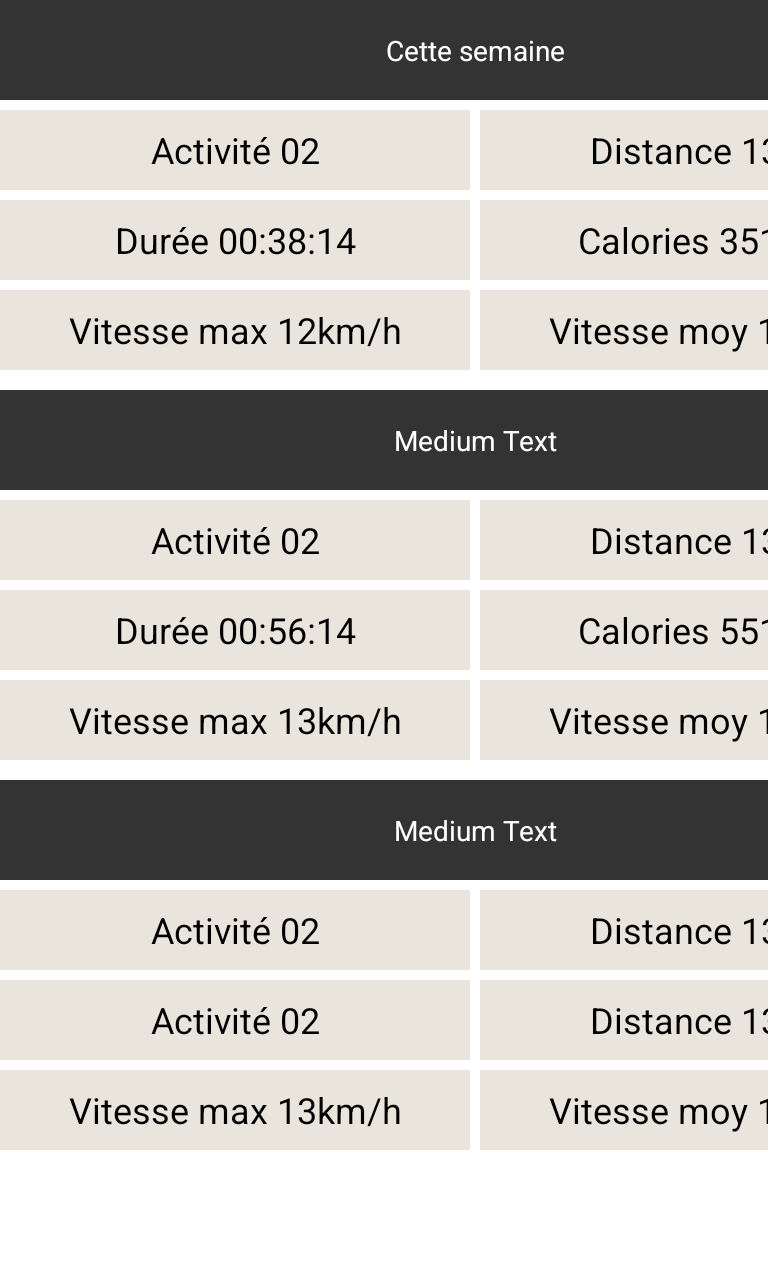
Repository: dekeym/Projet-IHM
Layout: WorkSpace/ChallengeMe/res/layout/fragment_stats.xml
These files come from the project's save history. The layout is drawn as it stood at one moment and after the next save; the edit follows.
It is drawn on a 768 x 1280 px phone screen (xhdpi) without system bars, with theme android:Theme.Holo.Light.DarkActionBar; the app's code is not run.

Above is the layout before, as saved 2014-12-18 14:46:28.

After the next save:
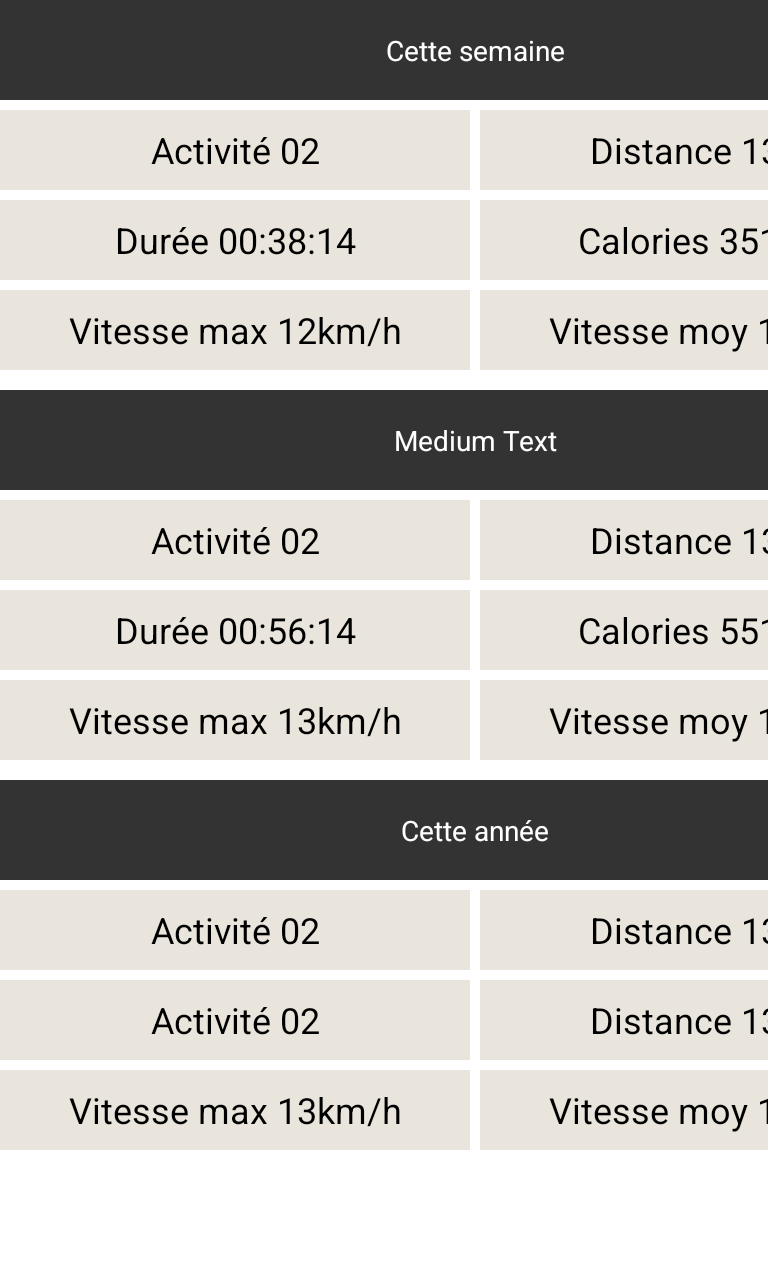
Saved 25 s later.
--- a/WorkSpace/ChallengeMe/res/layout/fragment_stats.xml
+++ b/WorkSpace/ChallengeMe/res/layout/fragment_stats.xml
@@ -371,21 +371,21 @@
                     android:layout_marginRight="10dp"
                     android:background="#333333"
                     android:gravity="center"
+                    android:text="Cette année"
+                    android:textAppearance="?android:attr/textAppearanceMedium"
+                    android:textColor="@android:color/white"
+                    android:textSize="14sp" />
+
+                <TextView
+                    android:id="@+id/statstextView30"
+                    android:layout_width="475dp"
+                    android:layout_height="50dp"
+                    android:background="#333333"
+                    android:gravity="center"
                     android:text="Medium Text"
                     android:textAppearance="?android:attr/textAppearanceMedium"
                     android:textColor="@android:color/white"
                     android:textSize="14sp" />
-
-                <TextView
-                    android:id="@+id/statstextView30"
-                    android:layout_width="475dp"
-                    android:layout_height="50dp"
-                    android:background="#333333"
-                    android:gravity="center"
-                    android:text="Medium Text"
-                    android:textAppearance="?android:attr/textAppearanceMedium"
-                    android:textColor="@android:color/white"
-                    android:textSize="14sp" />
             </LinearLayout>
 
             <LinearLayout
@@ -528,7 +528,7 @@
                     android:layout_marginTop="5dp"
                     android:background="#e9e5dc"
                     android:gravity="center"
-                    android:text="Distance 13 km"
+                    android:text="Vitesse moy 10km/h"
                     android:textAppearance="?android:attr/textAppearanceMedium" />
             </LinearLayout>
 
